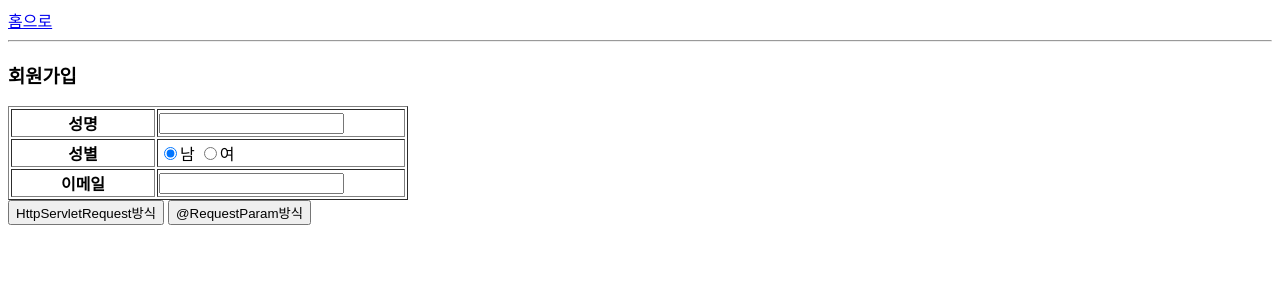
Repository: linklifejo/study_spring
Page: http://localhost/web/member
These files come from the project's save history. The page is drawn as it stood at one moment and after the next save; the edit follows.
The browser window is 1280 px wide. The pictures show the whole page.
The page is served by Tomcat 9.

Above is the page before, as saved 2023-02-14 01:38:17.

After the next save:
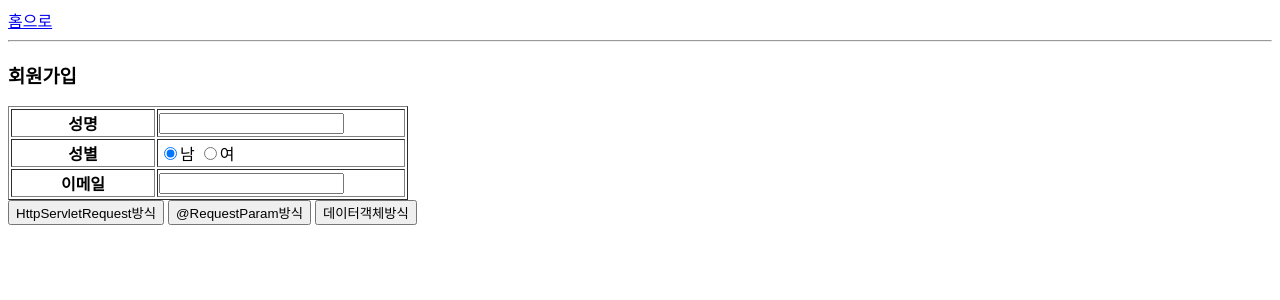
Saved 3 min 4 s later.
--- a/web/src/main/webapp/WEB-INF/views/member/join.jsp
+++ b/web/src/main/webapp/WEB-INF/views/member/join.jsp
@@ -29,7 +29,9 @@
 </table>
 <input type='submit' value='HttpServletRequest방식'>
 <input type='submit' value='@RequestParam방식'
-	onclick="action='joinParam'">
+			onclick="action='joinParam'">
+<input type='submit' value='데이터객체방식'
+			onclick="action='joinData'">
 </form>
 
 </body>
